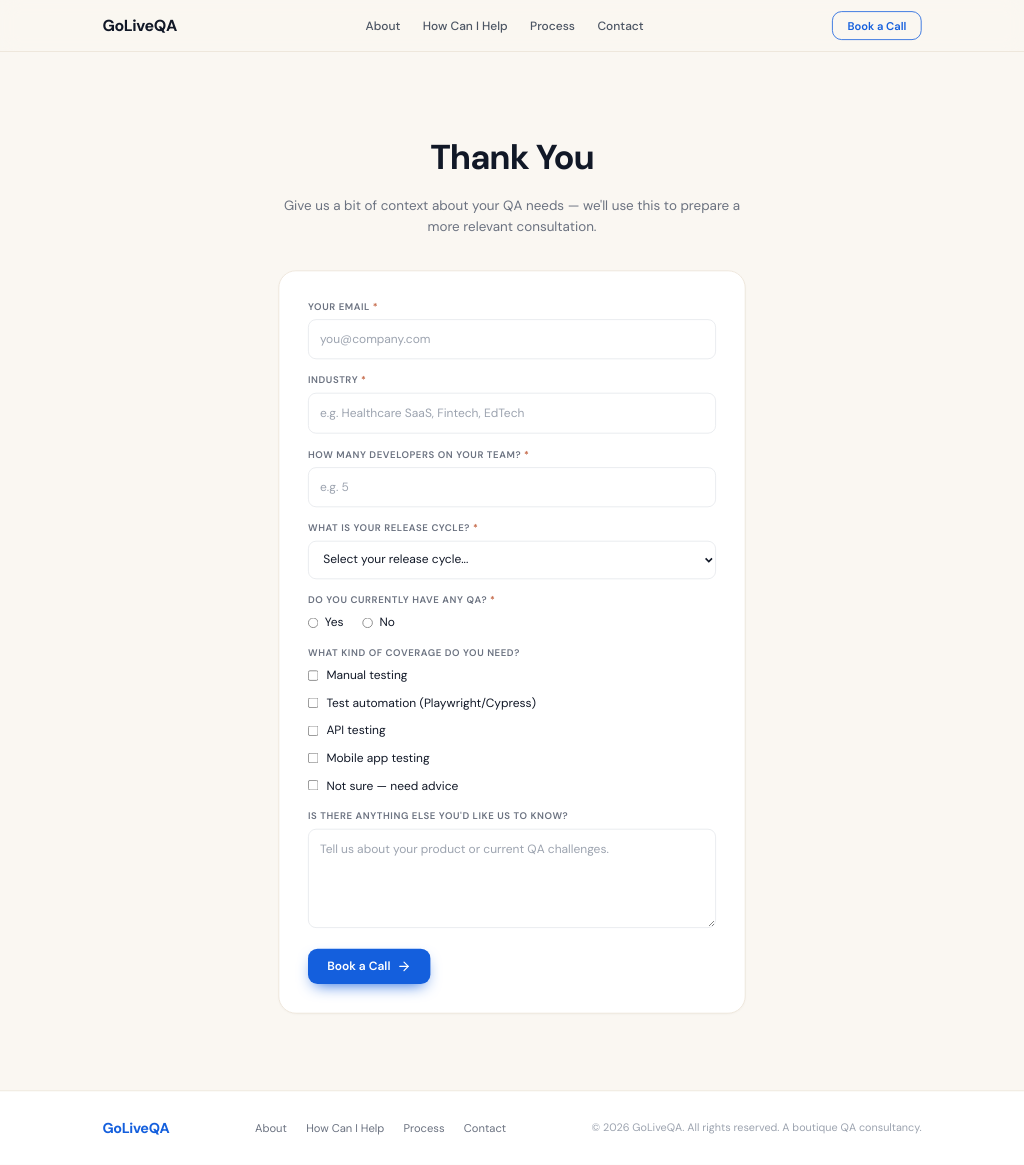
Repository: Monika281992/GoLiveQA
Page: /book-a-call
These files come from the project's save history. The page is drawn as it stood at one moment and after the next save; the edit follows.
The browser window is 1280 px wide. The pictures show the whole page, at 80% of full size.
The project was rebuilt for these pictures with package versions that can differ from the ones it lists, and the page was loaded fresh each time. The framework's server and built-in components were replaced by stand-ins that run in the browser. Also part of the build but not shown: next.config.mjs.

Above is the page before, as saved 2026-06-27 11:30:49.

### app/layout.tsx
import type { Metadata } from "next";
import { DM_Sans, Kaushan_Script } from "next/font/google";
import "./globals.css";

const dmSans = DM_Sans({
  subsets: ["latin"],
  weight: ["300", "400", "500", "600", "700"],
  variable: "--font-sans",
  display: "swap",
});

const kaushan = Kaushan_Script({
  subsets: ["latin"],
  weight: "400",
  variable: "--font-script",
  display: "swap",
});

export const metadata: Metadata = {
  title: "GoLiveQA",
  description:
    "Senior QA engineer with 9 years of hands-on experience testing Healthcare, SaaS, AI & Real Estate products at startups across India and US. Playwright, Cypress, Postman. Available remotely.",
};

export default function RootLayout({
  children,
}: {
  children: React.ReactNode;
}) {
  return (
    <html lang="en" className={`${dmSans.variable} ${kaushan.variable}`}>
      <body className="font-sans leading-relaxed">{children}</body>
    </html>
  );
}

### app/book-a-call/page.tsx
import { BookCall } from "@/components/BookCall";
import { Navbar } from "@/components/navbar";
import { Footer } from "@/components/footer";

export const metadata = {
  title: "Book a Call — GoLiveQA",
  description: "Tell us about your QA needs and we'll be in touch within 24 hours.",
};

export default function BookACallPage() {
  return (
    <div className="min-h-screen bg-surface">
      <Navbar />
      <main className="mx-auto max-w-[680px] px-5 py-16 sm:px-8 md:py-24 lg:px-12">
        <div className="mb-10 text-center">
          <h1 className="text-[clamp(2rem,4.4vw,2.7rem)] font-bold tracking-[-0.03em] text-ink">
            Thank You
          </h1>
          <p className="mt-3 text-[1.05rem] leading-relaxed text-muted">
            Give us a bit of context about your QA needs — we'll use this to prepare a more relevant consultation.
          </p>
        </div>
        <BookCall />
      </main>
      <Footer />
    </div>
  );
}

### app/globals.css
@tailwind base;
@tailwind components;
@tailwind utilities;

html {
  scroll-behavior: smooth;
}

body {
  background-color: #faf7f2;
  color: #4b5563;
  -webkit-font-smoothing: antialiased;
}

### components/BookCall.jsx
"use client";

import { useState, useEffect } from "react";
import { useSearchParams } from "next/navigation";
import { ArrowRight } from "lucide-react";
import { Button } from "@/components/ui/button";

const labelClass =
  "mb-2 block text-xs font-semibold uppercase tracking-[0.06em] text-muted";
const fieldClass =
  "w-full rounded-[10px] border border-gray-200 bg-white px-3.5 py-3 text-[15px] text-ink transition-all outline-none focus:border-brand focus:ring-[3px] focus:ring-brand/15";

const coverageOptions = [
  "Manual testing",
  "Test automation (Playwright/Cypress)",
  "API testing",
  "Mobile app testing",
  "Not sure — need advice",
];

const releaseCycles = [
  "Select your release cycle...",
  "Multiple times a day",
  "Once a day",
  "2-3 times a week",
  "Once a week",
  "Every 2 weeks (bi-weekly)",
  "Once a month",
  "Ad hoc / no fixed schedule",
  "Not sure yet",
];

export function BookCall() {
  const searchParams = useSearchParams();
  const [formData, setFormData] = useState({
    email: "",
    industry: "",
    developers: "",
    releaseCycle: "",
    hasQA: "",
    qaEngineers: "",
    coverage: [],
    notes: "",
  });

  useEffect(() => {
    const emailFromUrl = searchParams.get("email");
    if (emailFromUrl) {
      setFormData((prev) => ({ ...prev, email: emailFromUrl }));
    }
  }, [searchParams]);
  const [isSubmitting, setIsSubmitting] = useState(false);
  const [isSuccess, setIsSuccess] = useState(false);
  const [error, setError] = useState("");

  function handleChange(e) {
    setFormData({ ...formData, [e.target.name]: e.target.value });
  }

  function handleCoverage(option) {
    setFormData((prev) => ({
      ...prev,
      coverage: prev.coverage.includes(option)
        ? prev.coverage.filter((o) => o !== option)
        : [...prev.coverage, option],
    }));
  }

  async function handleSubmit(e) {
    e.preventDefault();
    setIsSubmitting(true);
    setError("");
    try {
      const res = await fetch("/api/book-call", {
        method: "POST",
        headers: { "Content-Type": "application/json" },
        body: JSON.stringify(formData),
      });
      if (!res.ok) throw new Error();
      setIsSuccess(true);
    } catch {
      setError("Failed to submit. Please try again.");
    } finally {
      setIsSubmitting(false);
    }
  }

  if (isSuccess) {
    return (
      <div className="flex flex-col items-center justify-center gap-6 rounded-[22px] border border-hairline bg-white p-9 shadow-card text-center">
        <div className="flex h-20 w-20 items-center justify-center rounded-full bg-green-100">
          <ArrowRight className="h-9 w-9 text-green-600" />
        </div>
        <div>
          <h3 className="mb-2 text-2xl font-bold text-ink">We'll be in touch soon!</h3>
          <p className="text-base text-muted">
            Thanks for filling out the form. We'll review your details and reach out within 24 hours.
          </p>
        </div>
        <Button variant="outline" onClick={() => setIsSuccess(false)}>
          Submit Another
        </Button>
      </div>
    );
  }

  return (
    <form
      onSubmit={handleSubmit}
      className="flex flex-col gap-[18px] rounded-[22px] border border-hairline bg-white p-6 shadow-card sm:p-9"
    >
      {error && (
        <div className="rounded-lg border border-red-200 bg-red-50 px-4 py-3 text-sm text-red-800">
          {error}
        </div>
      )}

      {/* Email */}
      <div>
        <label className={labelClass}>
          Your Email <span className="text-accent">*</span>
        </label>
        <input
          type="email"
          name="email"
          value={formData.email}
          onChange={handleChange}
          placeholder="you@company.com"
          className={fieldClass}
          required
        />
      </div>

      {/* 1. Industry */}
      <div>
        <label className={labelClass}>
          Industry <span className="text-accent">*</span>
        </label>
        <input
          type="text"
          name="industry"
          value={formData.industry}
          onChange={handleChange}
          placeholder="e.g. Healthcare SaaS, Fintech, EdTech"
          className={fieldClass}
          required
        />
      </div>

      {/* 2. Developers */}
      <div>
        <label className={labelClass}>
          How many developers on your team? <span className="text-accent">*</span>
        </label>
        <input
          type="number"
          name="developers"
          value={formData.developers}
          onChange={handleChange}
          placeholder="e.g. 5"
          min={1}
          className={fieldClass}
          required
        />
      </div>

      {/* 3. Release cycle */}
      <div>
        <label className={labelClass}>
          What is your release cycle? <span className="text-accent">*</span>
        </label>
        <select
          name="releaseCycle"
          value={formData.releaseCycle}
          onChange={handleChange}
          className={fieldClass}
          required
        >
          {releaseCycles.map((c) => (
            <option key={c} value={c === releaseCycles[0] ? "" : c} disabled={c === releaseCycles[0]}>
              {c}
            </option>
          ))}
        </select>
      </div>

      {/* 4. Has QA */}
      <div>
        <label className={labelClass}>
          Do you currently have any QA? <span className="text-accent">*</span>
        </label>
        <div className="flex gap-6">
          {["Yes", "No"].map((opt) => (
            <label key={opt} className="flex cursor-pointer items-center gap-2 text-[15px] text-ink">
              <input
                type="radio"
                name="hasQA"
                value={opt}
                checked={formData.hasQA === opt}
                onChange={handleChange}
                required
                className="accent-brand"
              />
              {opt}
            </label>
          ))}
        </div>
        {formData.hasQA === "Yes" && (
          <div className="mt-3">
            <label className={labelClass}>How many QA engineers?</label>
            <input
              type="number"
              name="qaEngineers"
              value={formData.qaEngineers}
              onChange={handleChange}
              min={1}
              placeholder="e.g. 2"
              className={fieldClass}
            />
          </div>
        )}
      </div>

      {/* 5. Coverage */}
      <div>
        <label className={labelClass}>What kind of coverage do you need?</label>
        <div className="flex flex-col gap-2.5">
          {coverageOptions.map((opt) => (
            <label key={opt} className="flex cursor-pointer items-center gap-2.5 text-[15px] text-ink">
              <input
                type="checkbox"
                checked={formData.coverage.includes(opt)}
                onChange={() => handleCoverage(opt)}
                className="accent-brand h-4 w-4 rounded"
              />
              {opt}
            </label>
          ))}
        </div>
      </div>

      {/* 6. Notes */}
      <div>
        <label className={labelClass}>Is there anything else you'd like us to know?</label>
        <textarea
          name="notes"
          value={formData.notes}
          onChange={handleChange}
          rows={4}
          placeholder="Tell us about your product or current QA challenges."
          className={`${fieldClass} resize-y`}
        />
      </div>

      <Button type="submit" className="self-start" disabled={isSubmitting}>
        {isSubmitting ? "Submitting…" : "Book a Call"}
        <ArrowRight className="h-[18px] w-[18px]" />
      </Button>
    </form>
  );
}

### components/navbar.tsx
import { Button } from "@/components/ui/button";

const links = [
  { label: "About", href: "#about" },
  { label: "How Can I Help", href: "#services" },
  { label: "Process", href: "#process" },
  { label: "Contact", href: "#contact" },
];

export function Navbar() {
  return (
    <header className="sticky top-0 z-50 border-b border-hairline bg-surface/80 backdrop-blur-md backdrop-saturate-150">
      <nav className="mx-auto flex max-w-container flex-wrap items-center justify-between gap-4 px-5 py-3.5 sm:px-8 lg:px-12">
        <a
          href="#top"
          className="text-xl font-bold tracking-tight text-ink"
        >
          GoLiveQA
        </a>
        <div className="flex flex-wrap items-center gap-7">
          {links.map((l) => (
            <a
              key={l.href}
              href={l.href}
              className="text-[15px] font-medium text-body transition-colors hover:text-ink"
            >
              {l.label}
            </a>
          ))}
        </div>
        <Button asChild variant="outline" size="sm">
          <a href="/book-a-call">Book a Call</a>
        </Button>
      </nav>
    </header>
  );
}

### components/footer.tsx
const links = [
  { label: "About", href: "#about" },
  { label: "How Can I Help", href: "#services" },
  { label: "Process", href: "#process" },
  { label: "Contact", href: "#contact" },
];

export function Footer() {
  return (
    <footer className="border-t border-hairline bg-white py-8">
      <div className="mx-auto flex max-w-container flex-wrap items-center justify-between gap-x-7 gap-y-4 px-5 sm:px-8 lg:px-12">
        <a href="#top" className="text-lg font-bold tracking-tight text-brand">
          GoLiveQA
        </a>
        <div className="flex flex-wrap gap-6">
          {links.map((l) => (
            <a
              key={l.href}
              href={l.href}
              className="text-sm text-muted transition-colors hover:text-ink"
            >
              {l.label}
            </a>
          ))}
        </div>
        <p className="text-[13.5px] text-faint">
          © 2026 GoLiveQA. All rights reserved. A boutique QA consultancy.
        </p>
      </div>
    </footer>
  );
}

### components/ui/button.tsx
import * as React from "react";
import { Slot } from "@radix-ui/react-slot";
import { cva, type VariantProps } from "class-variance-authority";
import { cn } from "@/lib/utils";

const buttonVariants = cva(
  "inline-flex items-center justify-center gap-2 whitespace-nowrap rounded-xl font-semibold transition-all focus-visible:outline-none focus-visible:ring-2 focus-visible:ring-brand/40 focus-visible:ring-offset-2 disabled:pointer-events-none disabled:opacity-50",
  {
    variants: {
      variant: {
        default:
          "bg-brand text-white shadow-brand hover:bg-brand-dark hover:-translate-y-0.5",
        outline:
          "border-[1.5px] border-brand text-brand hover:bg-brand hover:text-white",
        ghost: "text-brand hover:bg-brand/5",
      },
      size: {
        default: "h-11 px-6 text-[15px]",
        lg: "h-[52px] px-7 text-base",
        sm: "h-9 px-[18px] text-sm",
      },
    },
    defaultVariants: {
      variant: "default",
      size: "default",
    },
  }
);

export interface ButtonProps
  extends React.ButtonHTMLAttributes<HTMLButtonElement>,
    VariantProps<typeof buttonVariants> {
  asChild?: boolean;
}

const Button = React.forwardRef<HTMLButtonElement, ButtonProps>(
  ({ className, variant, size, asChild = false, ...props }, ref) => {
    const Comp = asChild ? Slot : "button";
    return (
      <Comp
        className={cn(buttonVariants({ variant, size, className }))}
        ref={ref}
        {...props}
      />
    );
  }
);
Button.displayName = "Button";

export { Button, buttonVariants };

### tailwind.config.ts
import type { Config } from "tailwindcss";

const config: Config = {
  content: [
    "./app/**/*.{ts,tsx}",
    "./components/**/*.{ts,tsx}",
  ],
  theme: {
    extend: {
      colors: {
        // Brand action color (blue) — CTAs, links
        brand: { DEFAULT: "#145fdd", dark: "#0d46b8" },
        // Warm personal accent (terracotta) — eyebrows, badges, signature
        accent: { DEFAULT: "#c2613f", soft: "#f6ebe5" },
        // Warm surfaces
        surface: { DEFAULT: "#faf7f2", soft: "#f4ede2" },
        hairline: "#ece4d7",
        // Text
        ink: "#111827",
        body: "#4b5563",
        muted: "#6b7280",
        faint: "#9ca3af",
      },
      fontFamily: {
        sans: ["var(--font-sans)", "system-ui", "sans-serif"],
        script: ["var(--font-script)", "cursive"],
      },
      maxWidth: {
        container: "1120px",
      },
      boxShadow: {
        card: "0 1px 3px rgba(0,0,0,0.03)",
        lift: "0 20px 40px -18px rgba(0,0,0,0.16)",
        brand: "0 8px 20px -8px rgba(20,95,221,0.5)",
        photo: "0 18px 44px -22px rgba(0,0,0,0.28)",
        cta: "0 28px 70px -34px rgba(0,0,0,0.22)",
      },
    },
  },
  plugins: [],
};

export default config;

Loaded but not shown: lib/utils.ts (common file)

After the next save:
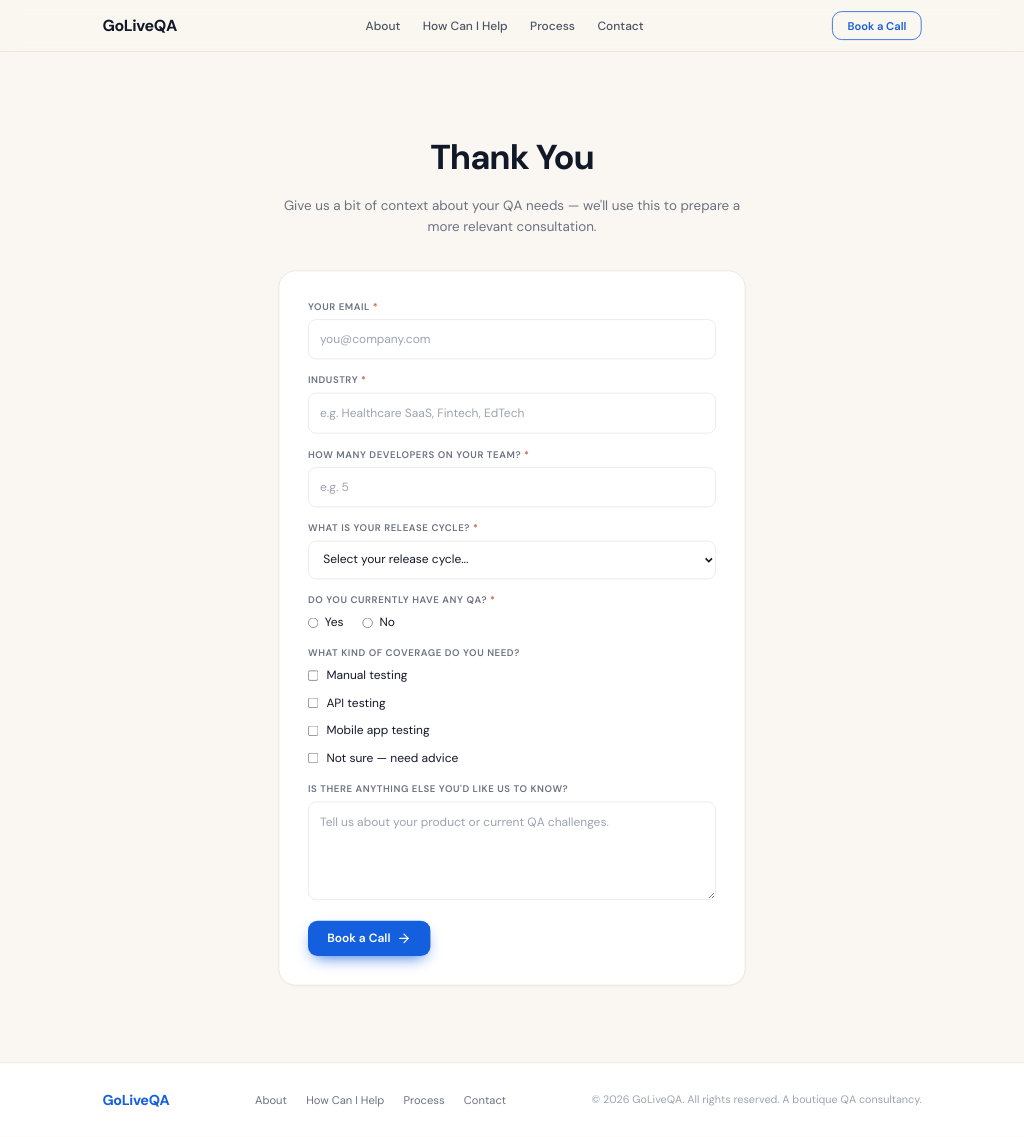
Saved 10 s later.
--- a/components/BookCall.jsx
+++ b/components/BookCall.jsx
@@ -12,7 +12,6 @@
 
 const coverageOptions = [
   "Manual testing",
-  "Test automation (Playwright/Cypress)",
   "API testing",
   "Mobile app testing",
   "Not sure — need advice",

After the 2 saves that followed:
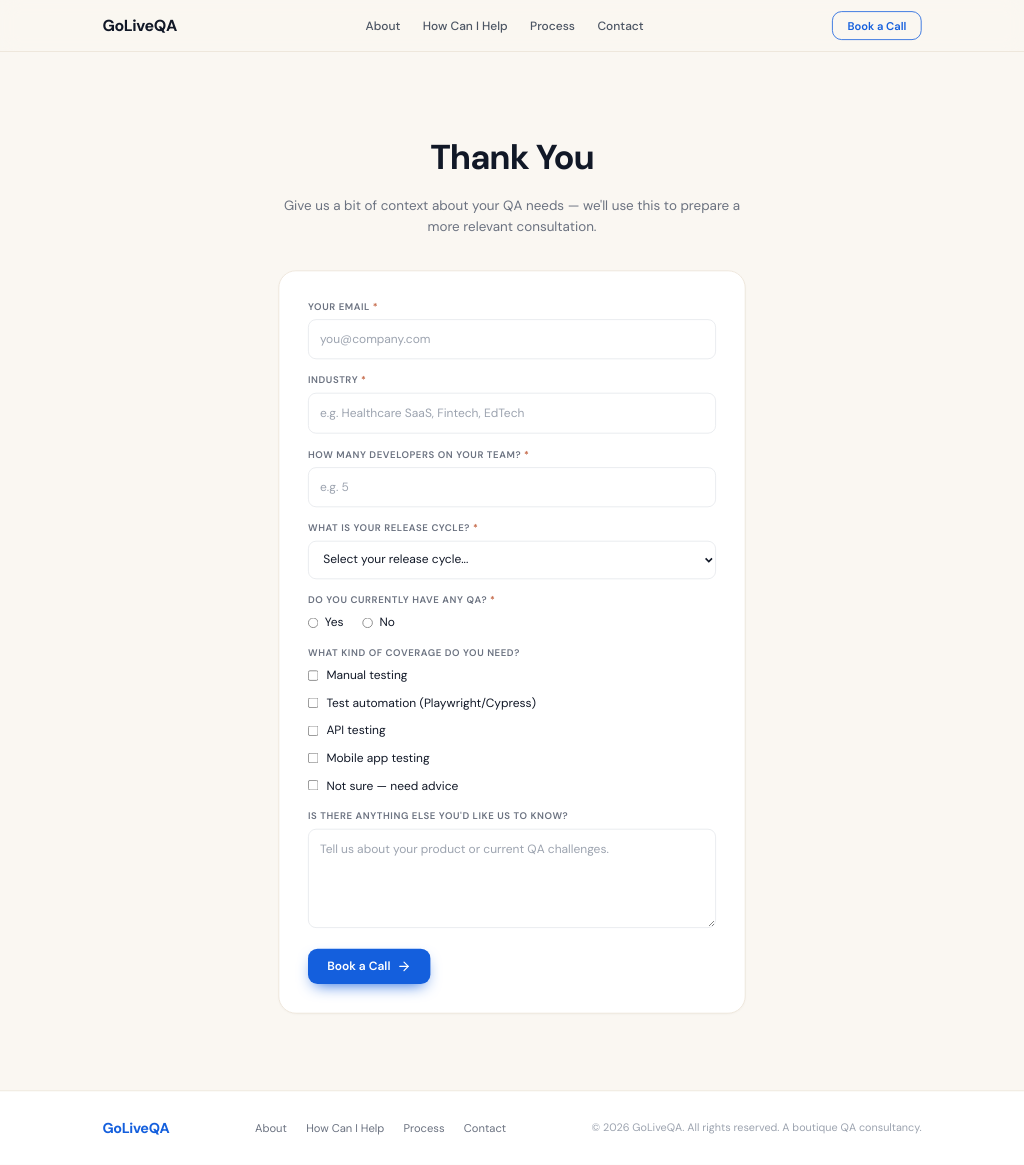
The 2 saves are shown as one change because they came seconds apart.
The last was saved 14 s later.
--- a/components/BookCall.jsx
+++ b/components/BookCall.jsx
@@ -12,6 +12,7 @@
 
 const coverageOptions = [
   "Manual testing",
+  "Test automation (Playwright/Cypress)",
   "API testing",
   "Mobile app testing",
   "Not sure — need advice",
